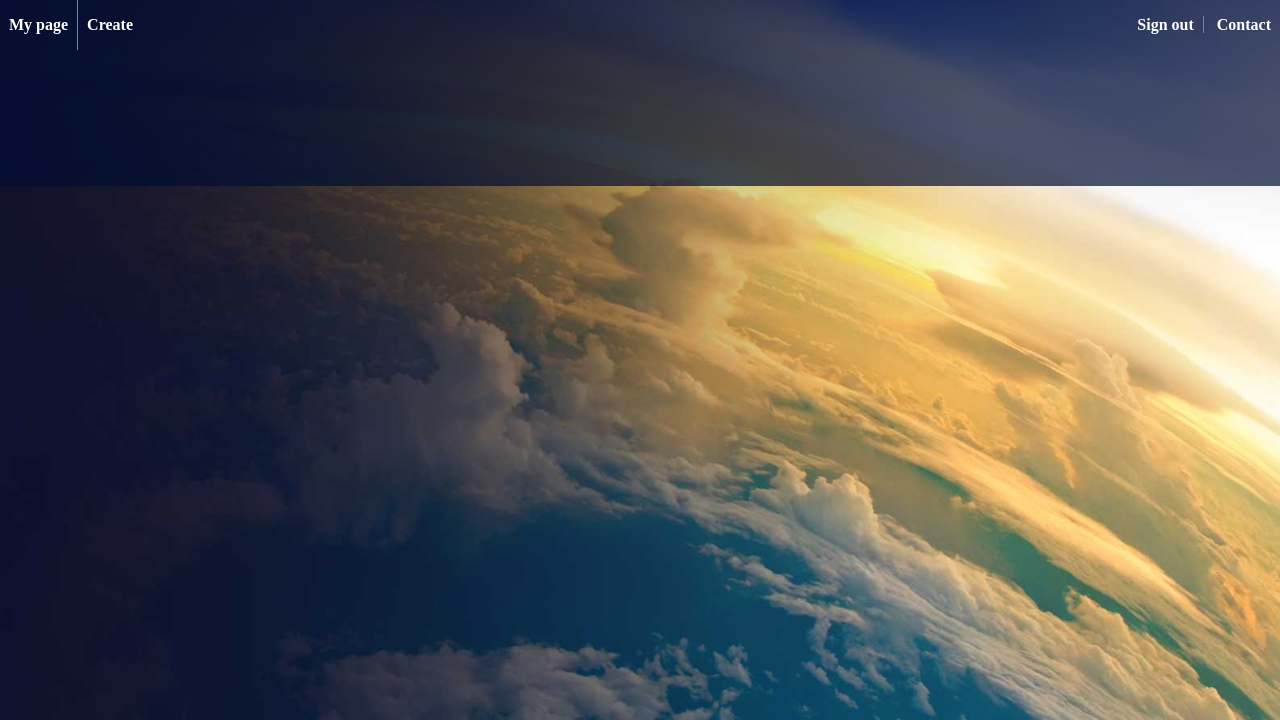
Repository: leeboseok/proposal-board
Page: http://localhost/ProposalSys/main.jsp
An editor plug-in stored every save of this project. The page is shown before and after the next save, followed by the edit.
The browser window is 1280 px wide. The pictures show the whole page.
The page is served by Tomcat 9. Other server files are loaded and not shown. Queries for data that is not in the repository find no rows.

Above is the page before, as saved 2024-07-31 15:04:19.

### ProposalSys/src/main/webapp/main.jsp
<%@ page language="java" contentType="text/html; charset=utf-8"
    pageEncoding="utf-8"%>
<%@ page import="java.sql.*" %>
<!DOCTYPE html>
<html>
	<head>
		<meta charset="utf-8">
		<title>메인 페이지 입니다.</title>
		<link rel="stylesheet" href="css/main.css">
		<style>
            /*#menu {width: 100%; display: flex; justify-content:center; }*/
		</style>
	</head>
	<body>
		<%
			String test=(String)session.getAttribute("fn");
			String admin=(String)session.getAttribute("admin");
			System.out.println(test);
		%>
		<div id="wrap">
			<div class="header">
				<div class="top">
					<div class="left">
						<%
							if("admin".equals(admin)){
								%>
									<a href="memberedit.jsp">User list</a>
									<a href="admincontactview.jsp">Contact</a>
								<%
							}else
						%>
						<a href="mypage.jsp">My page</a>
						<a href="create.jsp">Create</a>
					</div>
					<div class="right">
						<a href="logoutprogress.jsp">Sign out</a>
						<a href="admincontact.jsp">Contact</a>
					</div>
				</div>
			</div>
			<div class="body">
			<%
				Connection conn=null;
				Statement stmt=null;
				ResultSet rs=null;
				String pg=request.getParameter("page");

				int currentPage=(pg!=null)?Integer.parseInt(pg):1;
				int recordsPerPage=5;
				int start=(currentPage-1)*recordsPerPage;

				String url="jdbc:mysql://127.0.0.1:3306/fm_global";
				String db_id="root";
				String db_pw="iotiot";
				try{
					Class.forName("com.mysql.cj.jdbc.Driver");
					conn=DriverManager.getConnection(url, db_id, db_pw);

					String countSql="select count(*) from proposals";

					stmt=conn.createStatement();
					rs=stmt.executeQuery(countSql);
					int totalRecords=0;
					if(rs.next()){
						totalRecords=rs.getInt(1);
					}
					rs.close();
					stmt.close();

					int totalPages=(int)Math.ceil((double) totalRecords / recordsPerPage);
					String sql="select p.num, p.title, m.fn, m.ln, m.location, p.created_at from proposals p join member m on p.author=m.num ";
					sql+= "order by p.created_at desc "+"limit "+start+","+recordsPerPage;
					stmt=conn.createStatement();
					rs=stmt.executeQuery(sql);
					System.out.println(sql);

					while(rs.next()){
						int num=rs.getInt("num");
						String title=rs.getString("title");
						String firstName=rs.getString("fn");
						String lastName=rs.getString("ln");
						String location=rs.getString("location");
						String createdAt=rs.getString("created_at");
						%>
							<div class="list">
								<a href="viewpage.jsp?num=<%=num %>">
									<%=title %> <%=createdAt %><br>
									Name : <%=firstName+" "+lastName %>
									Location : <%=location %>
								</a>
							</div>
						<%
					}
					%>
					</div>
						<div class="pagination">
						<%
							if(currentPage>1){
								out.println("<a href='?page=" + (currentPage-1)+"'>Previous</a>");
							}
							for(int i=1; i<=totalPages; i++){
								if(i==currentPage){
									out.println("<strong>"+i+"</strong>");
								}else{
									out.println("<a href='?page="+i+"'>"+i+"</a>");
								}
							}
							if(currentPage<totalPages){
								out.println("<a href='?page="+(currentPage+1)+"'>Next</a>");
							}
						%>
						</div>
					<%
				}catch(Exception e){
					System.out.println("접속 중 오류 발생" + e);
				}finally{
					try{
						if(rs!=null)rs.close();
						if(stmt!=null)stmt.close();
						if(conn!=null)conn.close();
					}catch(Exception ex){
						System.out.println("접속 해제 중 오류 발생"+ex);
					}
				}
			%>
		</div>
	</body>
</html>

### ProposalSys/src/main/webapp/css/main.css
@charset "UTF-8";

html, body {
    height: 100%;
    margin: 0;
}

html {
    background-image: url('../images/hero-earth.jpg');
    background-size: cover;
    background-position: center;
    background-repeat: no-repeat;
}

#wrap{
    width:100%;
    height:100%;
    position:absolute;
    top:0;
    left:0;
    overflow:hidden;
}
.pan{
    width:100%;
    height:100%;
    position:relative;
    top:0;
}
.pan > div{
    height:100%;
}

/* 헤더처리 */
.header{
    position:absolute;
    width:100%;
    height:146px;
    top:0;
    left:0;
    background-color:rgba(0,14,51,0.7);
    top:0;
    left:0;
    z-index:99;
}
.header .top{
    width:100%;
    height:50px;
}
.header .bot{
    width:100%;
    height:95px;
}
.header .top .left a{
    float:left;
}
.header .top a{
    text-decoration:none;
    color:white;
    line-height:50px;
    font-weight:600;
    border-right:1px solid gray;
    padding:0px 9px;
}
.header .top a:last-child{
    border-right:0px solid gray;
}
.header .top .right{
    float:right;
}
.body {
	padding-top: 146px; /* 헤더 높이만큼 패딩을 추가하여 body가 헤더 아래에 위치하도록 함 */
}

.list {
    padding: 20px;
    margin: 0 auto;
    width: 80%;
}

.list a{
	text-decoration:none;
	color:white;
}

.pagination {
    text-align: center;
    padding: 20px;
    background-color: rgba(0, 14, 51, 0.7);
    color: white;
}

.pagination a {
    color: #fff;
    text-decoration: none;
    padding: 5px 10px;
}

.pagination a:hover {
    text-decoration: underline;
}

.pagination strong {
    font-weight: bold;
}

After the next save:
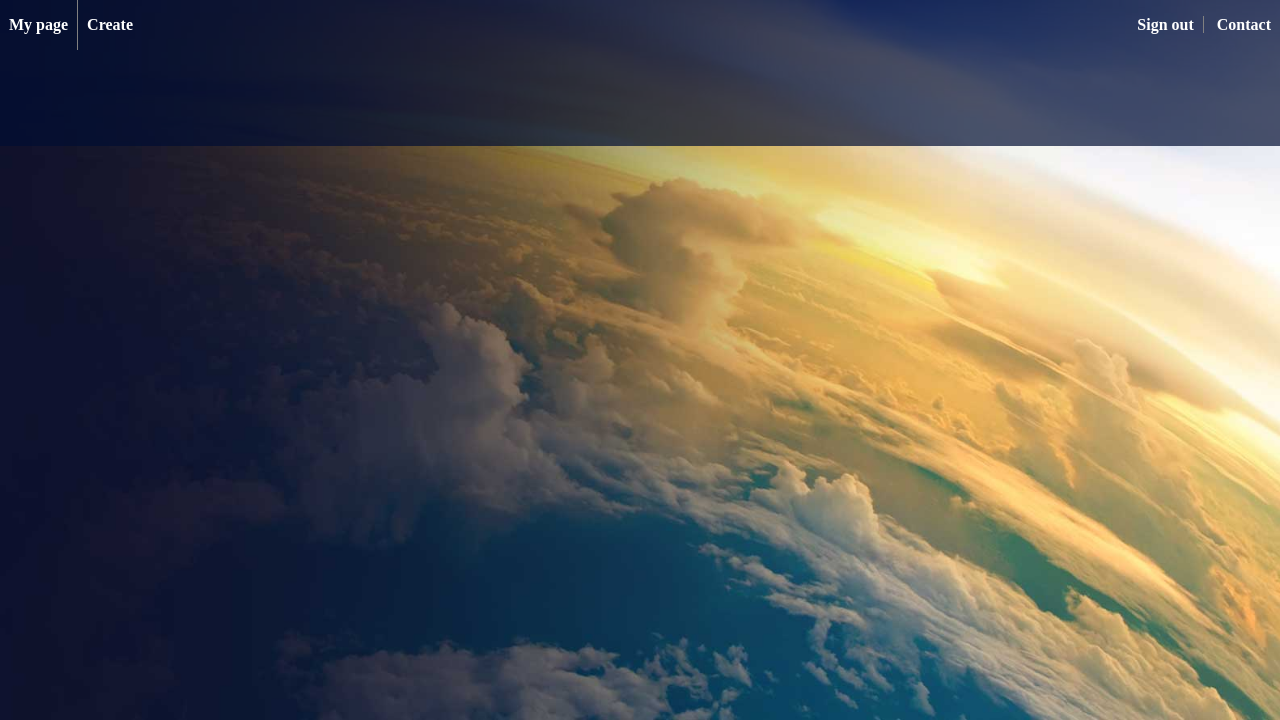
Saved 2 min 47 s later.
--- a/ProposalSys/src/main/webapp/css/main.css
+++ b/ProposalSys/src/main/webapp/css/main.css
@@ -85,7 +85,7 @@
 .pagination {
     text-align: center;
     padding: 20px;
-    background-color: rgba(0, 14, 51, 0.7);
+    /*background-color: rgba(0, 14, 51, 0.7);*/
     color: white;
 }
 

After the 2 saves that followed:
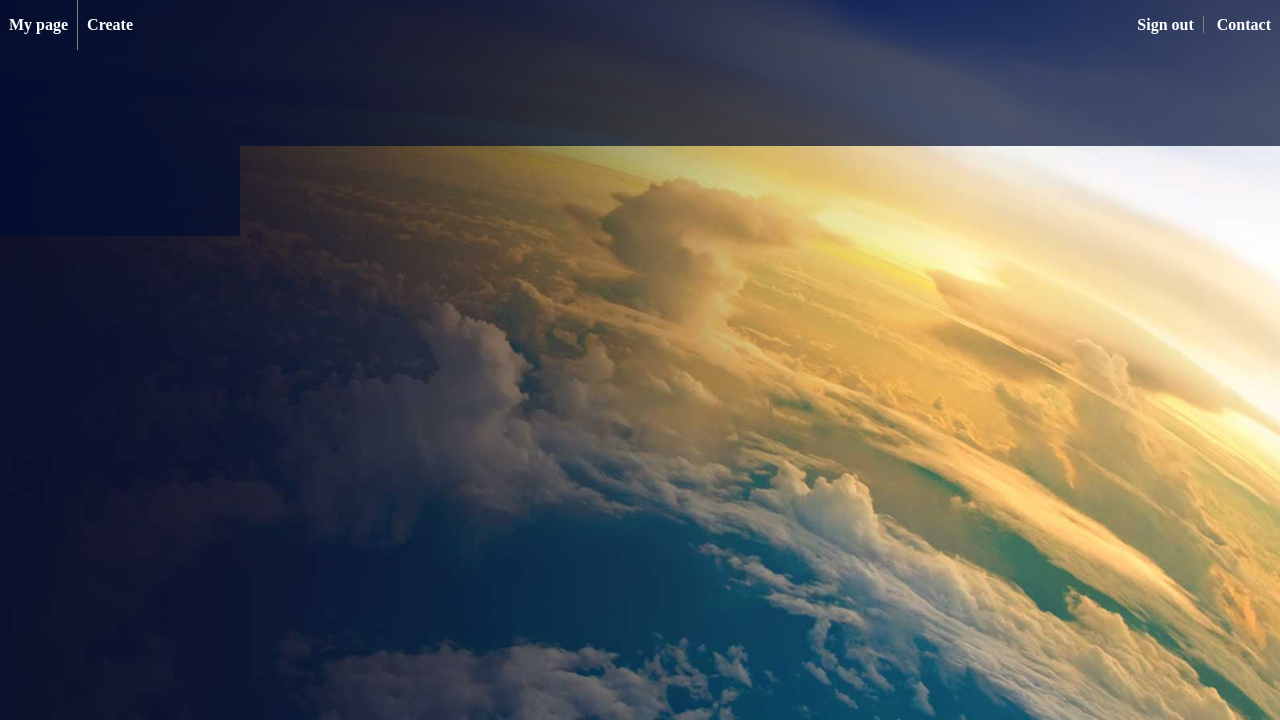
The 2 saves are shown as one change because 1 left the picture as it was.
The last was saved 4 min 45 s later.
--- a/ProposalSys/src/main/webapp/css/main.css
+++ b/ProposalSys/src/main/webapp/css/main.css
@@ -85,8 +85,10 @@
 .pagination {
     text-align: center;
     padding: 20px;
-    /*background-color: rgba(0, 14, 51, 0.7);*/
+    background-color: rgba(0, 14, 51, 0.7);
     color: white;
+    width: 200px;
+    height: 50px;
 }
 
 .pagination a {
